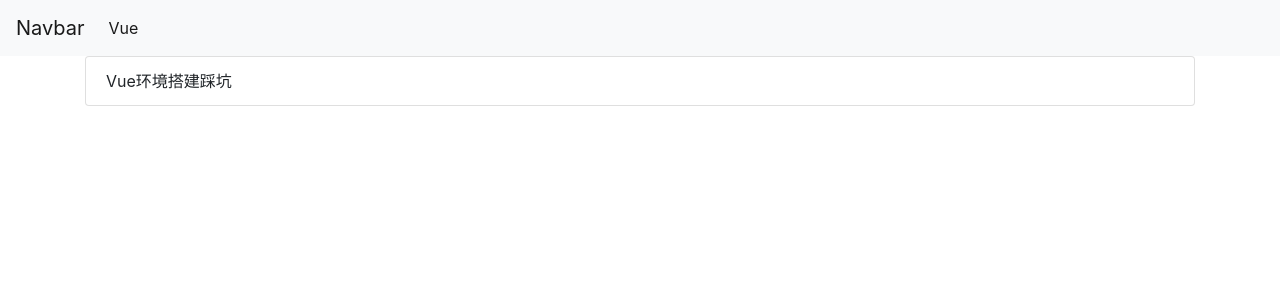
Repository: gudufun/gudufun.github.io
Page: index.html
The author's editor kept a copy of each file at every save. The page is drawn from the files as they stood at one save, then again after the next save.
The browser window is 1280 px wide. The pictures show the whole page.

Above is the page before, as saved 2018-12-06 19:54:41.
Console error: TypeError: Cannot read properties of undefined (reading 'fn')

### index.html
<!DOCTYPE html>
<html>

<head>
    <meta charset="utf-8" />
    <meta http-equiv="X-UA-Compatible" content="IE=edge">
    <title>孤独典范</title>
    <meta name="viewport" content="width=device-width, initial-scale=1">
    <link rel="stylesheet" href="./css/bootstrap/bootstrap.min.css">
</head>

<body>
    <nav class="navbar navbar-expand-lg navbar-light bg-light">
        <a class="navbar-brand" href="#">Navbar</a>
        <button class="navbar-toggler" type="button" data-toggle="collapse" data-target="#navbarNavAltMarkup"
            aria-controls="navbarNavAltMarkup" aria-expanded="false" aria-label="Toggle navigation">
            <span class="navbar-toggler-icon"></span>
        </button>
        <div class="collapse navbar-collapse" id="navbarNavAltMarkup">
            <div class="navbar-nav">
                <a class="nav-item nav-link active" href="/pages/vue.html">Vue</a>
            </div>
        </div>
    </nav>
    <div class="container">
        <ul class="list-group">
            <li class="list-group-item">Vue环境搭建踩坑</li>
        </ul>
    </div>
</body>
<script src="./js/bootstrap/bootstrap.min.js"></script>

</html>

Loaded but not shown: css/bootstrap/bootstrap.min.css (library); js/bootstrap/bootstrap.min.js (library)

After the next save:
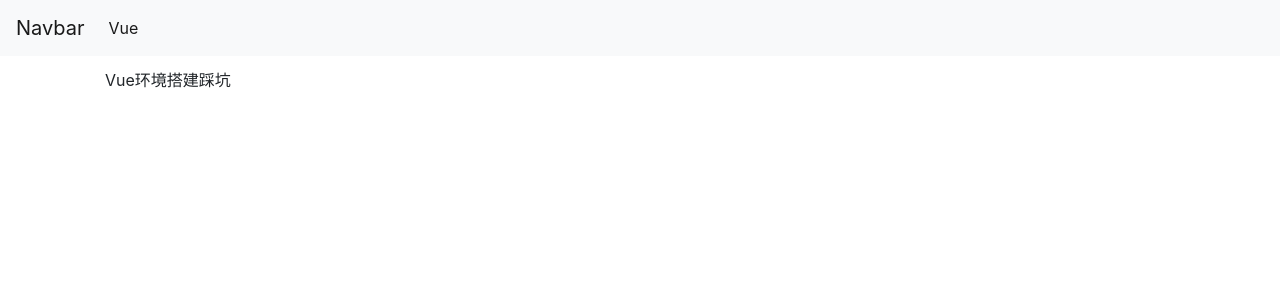
Saved 43 s later.
--- a/index.html
+++ b/index.html
@@ -23,7 +23,7 @@
         </div>
     </nav>
     <div class="container">
-        <ul class="list-group">
+        <ul class="list-group list-group-flush">
             <li class="list-group-item">Vue环境搭建踩坑</li>
         </ul>
     </div>
